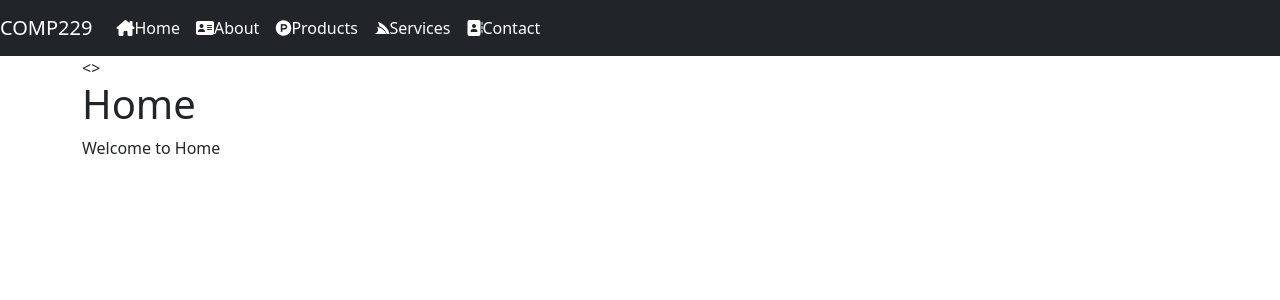
Repository: BlessingAjiboye/WEEK52023W
Page: http://localhost/
These files come from the project's save history. The page is drawn as it stood at one moment and after a run of saves; the edit follows.
The browser window is 1280 px wide. The pictures show the whole page.
The page is served by the project's Node server (server.js).

Above is the page before, as saved 2023-01-26 11:31:21.

After the next 4 saves:
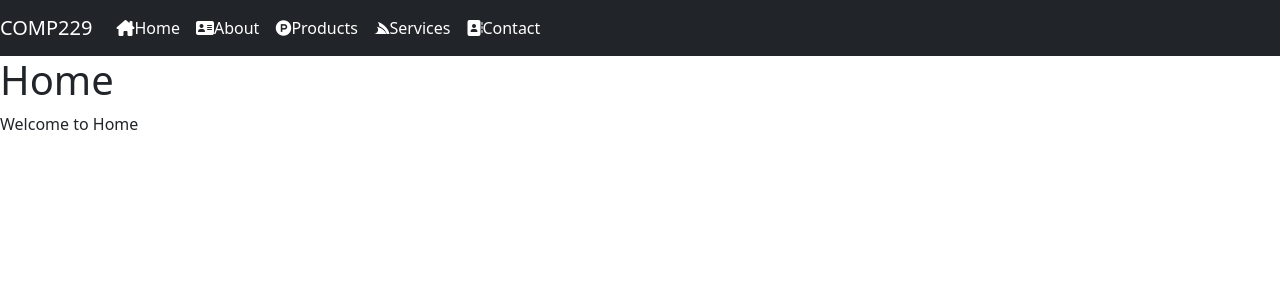
The 4 saves are shown as one change because they came seconds apart.
The last was saved 10 s later.
--- a/views/index.ejs
+++ b/views/index.ejs
@@ -62,7 +62,8 @@
   </div>
 </nav>
 <main class="container">
-  <>
+
+  </main>
    <h1><%= title %></h1>
    <p>Welcome to <%= title %></p>
    <!--Script section-->
